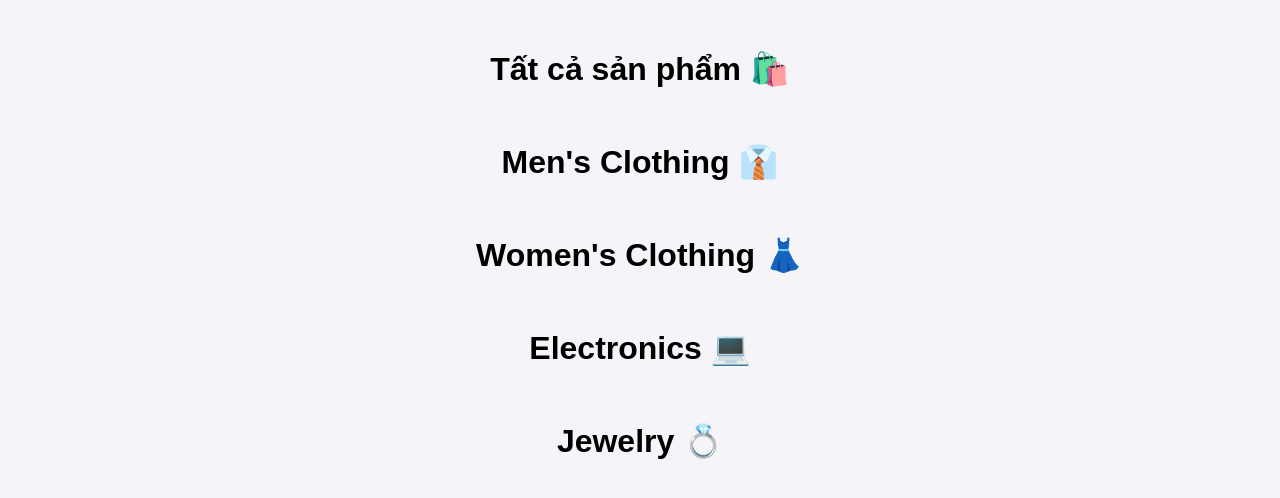
Repository: binhphanbp/ECMAScript_WEB501_WD20301
Page: class_LePhatHien/lesson4/index.html
The author's editor kept a copy of each file at every save. The page is drawn from the files as they stood at one save, then again after a run of saves.
The browser window is 1280 px wide. The pictures show the whole page.
The page's requests for data from a server got no answer.

Above is the page before, as saved 2025-09-22 15:07:27.

After the next 8 saves:
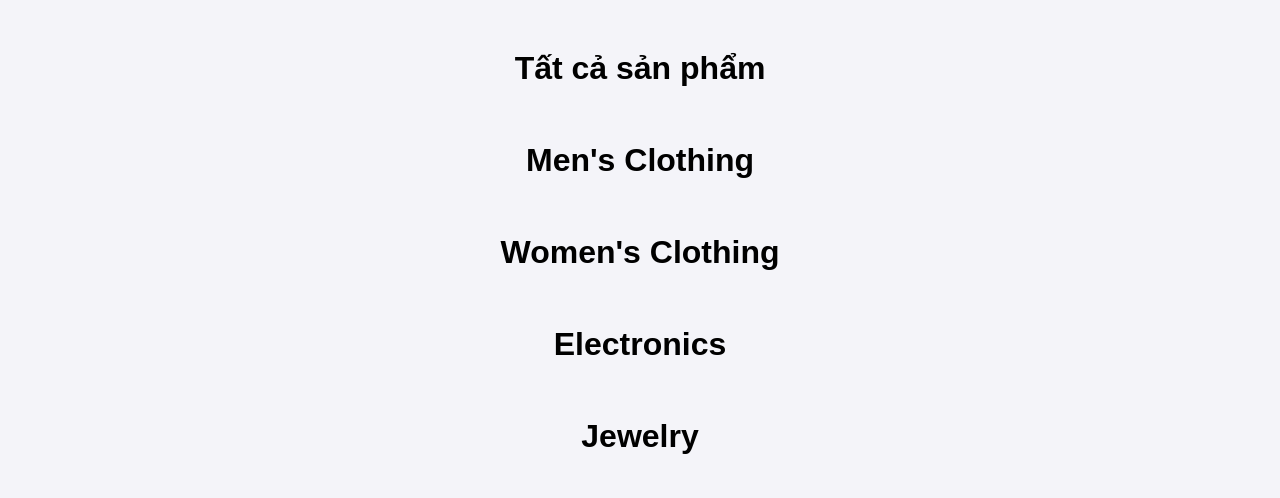
The 8 saves are shown as one change because they came seconds apart.
The last was saved 21 s later.
--- a/class_LePhatHien/lesson4/index.html
+++ b/class_LePhatHien/lesson4/index.html
@@ -72,23 +72,22 @@
     </style>
   </head>
   <body>
-    <h1>Tất cả sản phẩm 🛍️</h1>
+    <h1>Tất cả sản phẩm</h1>
     <div class="product-list" id="allProducts"></div>
 
-    <h1>Men's Clothing 👔</h1>
+    <h1>Men's Clothing</h1>
     <div class="product-list" id="menClothing"></div>
 
-    <h1>Women's Clothing 👗</h1>
+    <h1>Women's Clothing</h1>
     <div class="product-list" id="womenClothing"></div>
 
-    <h1>Electronics 💻</h1>
+    <h1>Electronics</h1>
     <div class="product-list" id="electronics"></div>
 
-    <h1>Jewelry 💍</h1>
+    <h1>Jewelry</h1>
     <div class="product-list" id="jewelery"></div>
 
     <script>
-      // Hàm render sản phẩm theo container & category
       async function renderProducts(containerId, category = null) {
         try {
           const response = await fetch('https://fakestoreapi.com/products');
@@ -96,12 +95,10 @@
 
           const container = document.getElementById(containerId);
 
-          // Nếu có category thì filter
           const filteredProducts = category
             ? products.filter((p) => p.category === category)
             : products;
 
-          // Hiển thị sản phẩm
           filteredProducts.forEach((product) => {
             const card = document.createElement('div');
             card.className = 'product-card';
